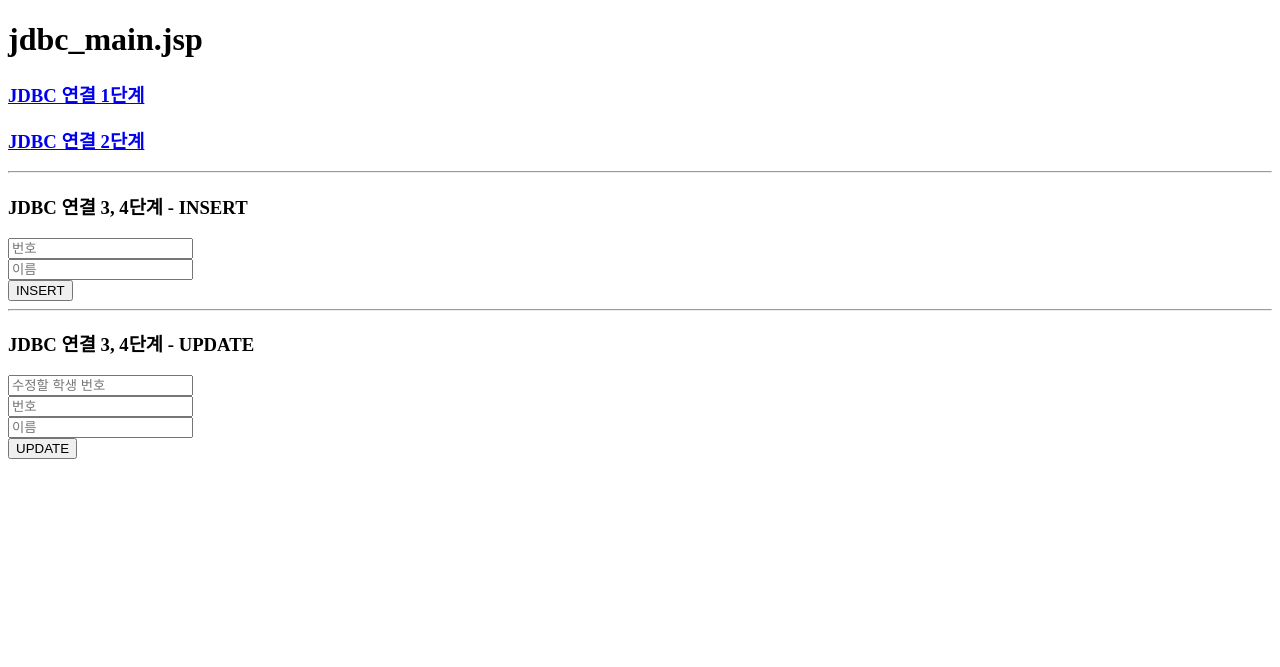
Repository: junesse-afk/ITJSP
Page: http://localhost/StudyJSP/jsp10_jdbc/jdbc_main.jsp
These files come from the project's save history. The page is drawn as it stood at one moment and after the next save; the edit follows.
The browser window is 1280 px wide. The pictures show the whole page.
The page is served by Tomcat 10.

Above is the page before, as saved 2024-11-28 00:31:20.

After the next save:
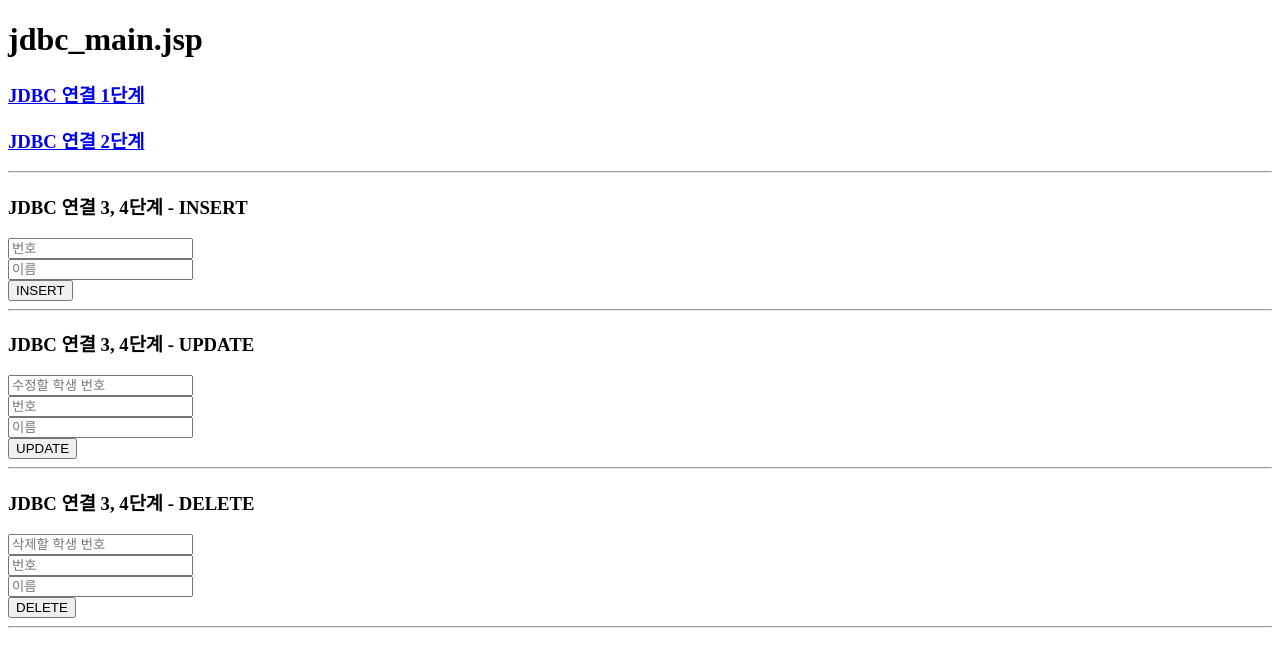
Saved 27 s later.
--- a/workspace_jsp/StudyJSP/src/main/webapp/jsp10_jdbc/jdbc_main.jsp
+++ b/workspace_jsp/StudyJSP/src/main/webapp/jsp10_jdbc/jdbc_main.jsp
@@ -28,6 +28,16 @@
 		<input type="text" name="name" placeholder="이름"><br>
 		<input type="submit" value="UPDATE">
 	</form>
+	<hr>
+
+	<h3>JDBC 연결 3, 4단계 - DELETE</h3>
+	<form action="connect3_insert.jdbc" method="post">
+		<input type="text" name="no" placeholder="삭제할 학생 번호"><br>
+		<input type="text" name="idx" placeholder="번호"><br>
+		<input type="text" name="name" placeholder="이름"><br>
+		<input type="submit" value="DELETE">
+	</form>
+	<hr>
 
 
 </body>
